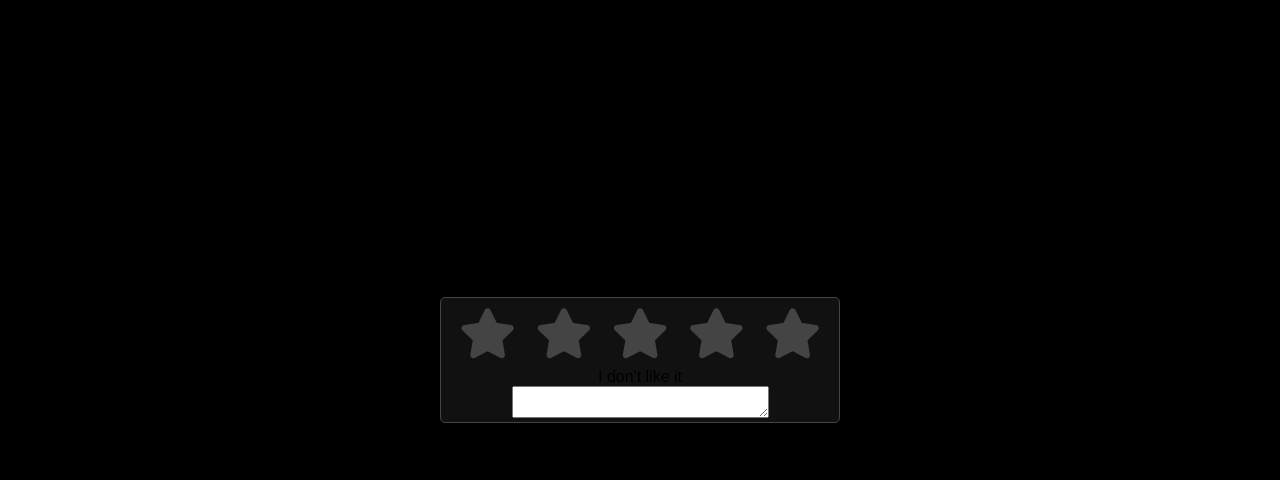
Repository: Suryansh-D/Star-Ratings
Page: index.html
These files come from the project's save history. The page is drawn as it stood at one moment and after a run of saves; the edit follows.
The browser window is 1280 px wide. The pictures show the whole page.

Above is the page before, as saved 2024-02-03 09:45:19.

### index.html
<!DOCTYPE html>
<html lang="en">
<head>
    <meta charset="UTF-8">
    <meta name="viewport" content="width=device-width, initial-scale=1.0">
    <title>Document</title>
</head>
<link rel="stylesheet" href="style.css">
<link rel="stylesheet" href="https://cdnjs.cloudflare.com/ajax/libs/font-awesome/5.15.3/css/all.min.css">
<body>
    <div class="container">
        <div class="stars">
            <input type="radio" name="rate" id="rate-5">
            <label for="rate-5" class="fas fa-star"></label>
            <input type="radio" name="rate" id="rate-4">
            <label for="rate-4" class="fas fa-star"></label>
            <input type="radio" name="rate" id="rate-3">
            <label for="rate-3" class="fas fa-star"></label>
            <input type="radio" name="rate" id="rate-2">
            <label for="rate-2" class="fas fa-star"></label>
            <input type="radio" name="rate" id="rate-1">
            <label for="rate-1" class="fas fa-star"></label>
            <form action="#">
                <header>I don't like it</header>
                <div class="textarea">
                <textarea cols="30"></textarea>
                <div>
                    <div class="btn">
        </div>
    </div>
    <script></script>
</body>
</html>

### style.css
@import url('https://fonts.googleapis.com/css?family=Roboto:400,700');
* {
  margin: 0;
  padding: 0;
  box-sizing: border-box;
  font-family:'Poppins', sans-serif;
}
html, body {
  height: 100%;
  background-color: #000;
  place-items: center;
  display: grid;
  text-align: center;
}

.container {
  width: 400px;
  background: #111;
    padding: 20px , 30px;
    border: 1px solid #444;
    border-radius: 5px;
    display: flex;
    flex-direction: column;
    align-items: center;
    justify-content: center;
}
.container .stars input{
    display: none;
}
.stars label{
    font-size: 50px;
    color: #444;
    cursor: pointer;
    transition: all 0.2s ease;
    float: right;
    padding: 10px;

}
.stars input:not(:checked) ~ label:hover ,
.stars input:not(:checked) ~ label:hover ~ label{
    color: #ffcc00;
}
.stars input:checked ~ label{
    color: #ffcc00;
}
input#rate-5:checked ~ label#rate-5 ~ label#rate-4 ~ label#rate-3 ~ label#rate-2 ~ label#rate-1{
    color: #ffe7;
    text-shadow: 0 0 20px #952;
}

After the next 8 saves:
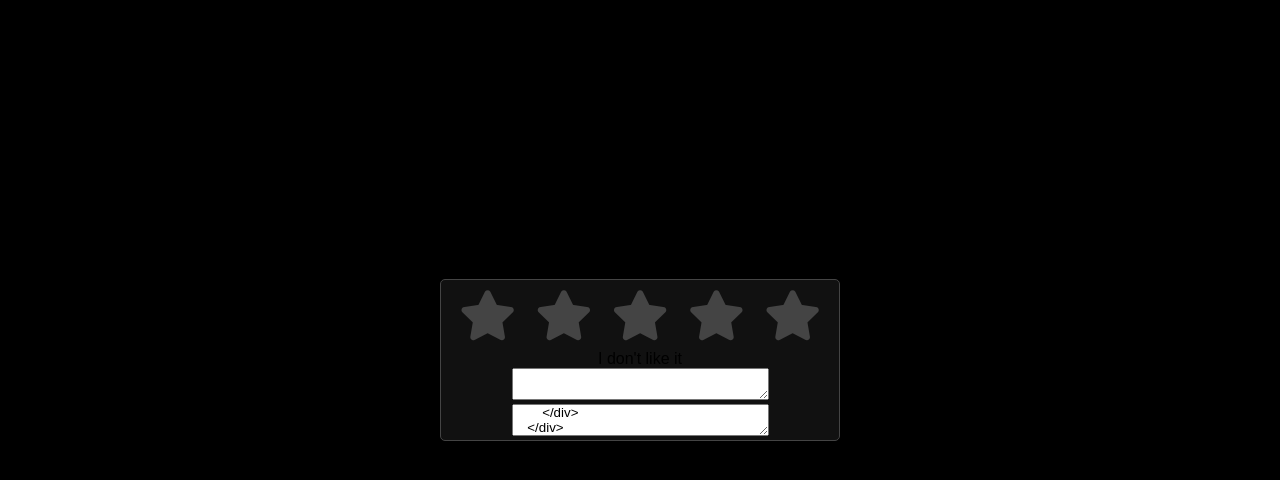
The 8 saves are shown as one change because they came seconds apart.
The last was saved 20 s later.
--- a/index.html
+++ b/index.html
@@ -26,6 +26,7 @@
                 <textarea cols="30"></textarea>
                 <div>
                     <div class="btn">
+                        <textarea cols="30">
         </div>
     </div>
     <script></script>
